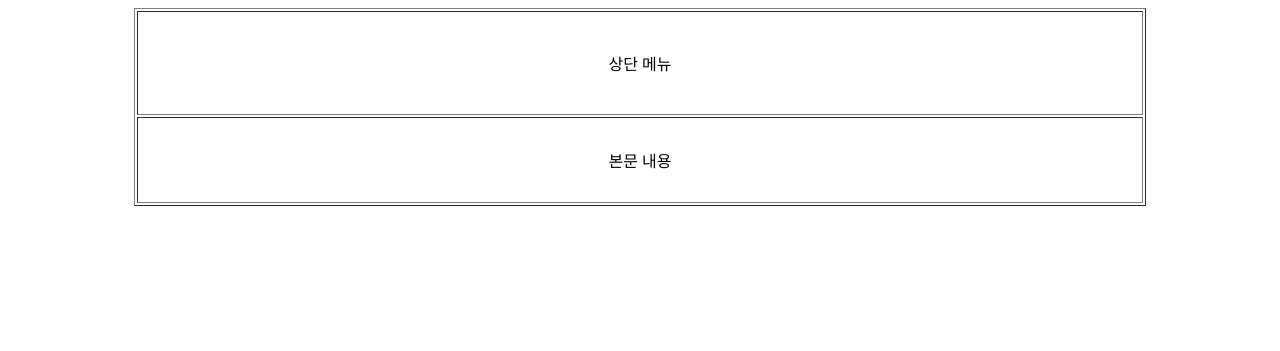
Repository: Mildous/HKIT-BackendClass
Page: http://localhost/jspPortfolioModel1/main/main.jsp?menuGubun=member_list
The author's editor kept a copy of each file at every save. The page is drawn from the files as they stood at one save, then again after the next save.
The browser window is 1280 px wide. The pictures show the whole page.
The page is served by Tomcat 9. Other server files are loaded and not shown.

Above is the page before, as saved 2022-08-18 00:30:55.

### workspace/jsp/jspPortfolioModel1/WebContent/main/main.jsp
<%@ page language="java" contentType="text/html; charset=UTF-8"
    pageEncoding="UTF-8"%>
<%
	String menuGubun = request.getParameter("menuGubun");

	if(menuGubun == null || menuGubun.equals("")) {
		//menuGubun = "member_list";

/*		out.println("<script>");
		out.println("location.href='error.jsp?errorCode=001';");
		out.println("</script>");
*/
	}

%>
<!DOCTYPE html>
<html>
<head>
<meta charset="UTF-8">
<title>Insert title here</title>
</head>
<body>

<table border="1" width="80%" align="center">
	<tr>
		<td height="100px" align="center">
		상단 메뉴
		</td>
	</tr>
	<tr>
		<td align="center" style="padding: 30px 0px 30px 0px;">
		본문 내용
		</td>
	</tr>

</table>
</body>
</html>

After the next save:
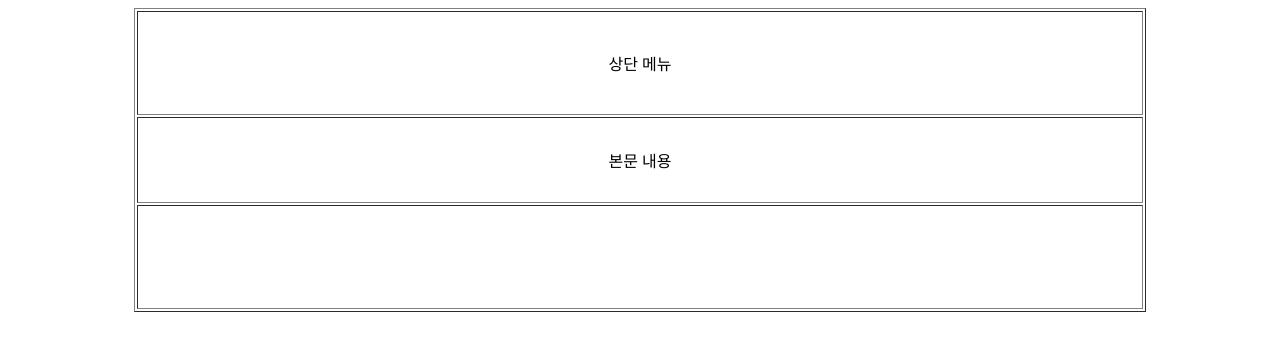
Saved 23 s later.
--- a/workspace/jsp/jspPortfolioModel1/WebContent/main/main.jsp
+++ b/workspace/jsp/jspPortfolioModel1/WebContent/main/main.jsp
@@ -23,7 +23,7 @@
 
 <table border="1" width="80%" align="center">
 	<tr>
-		<td height="100px" align="center">
+		<td height="100px;" align="center">
 		상단 메뉴
 		</td>
 	</tr>
@@ -32,6 +32,9 @@
 		본문 내용
 		</td>
 	</tr>
+	<tr>
+		<td height="100px;">
+	</tr>
 
 </table>
 </body>
